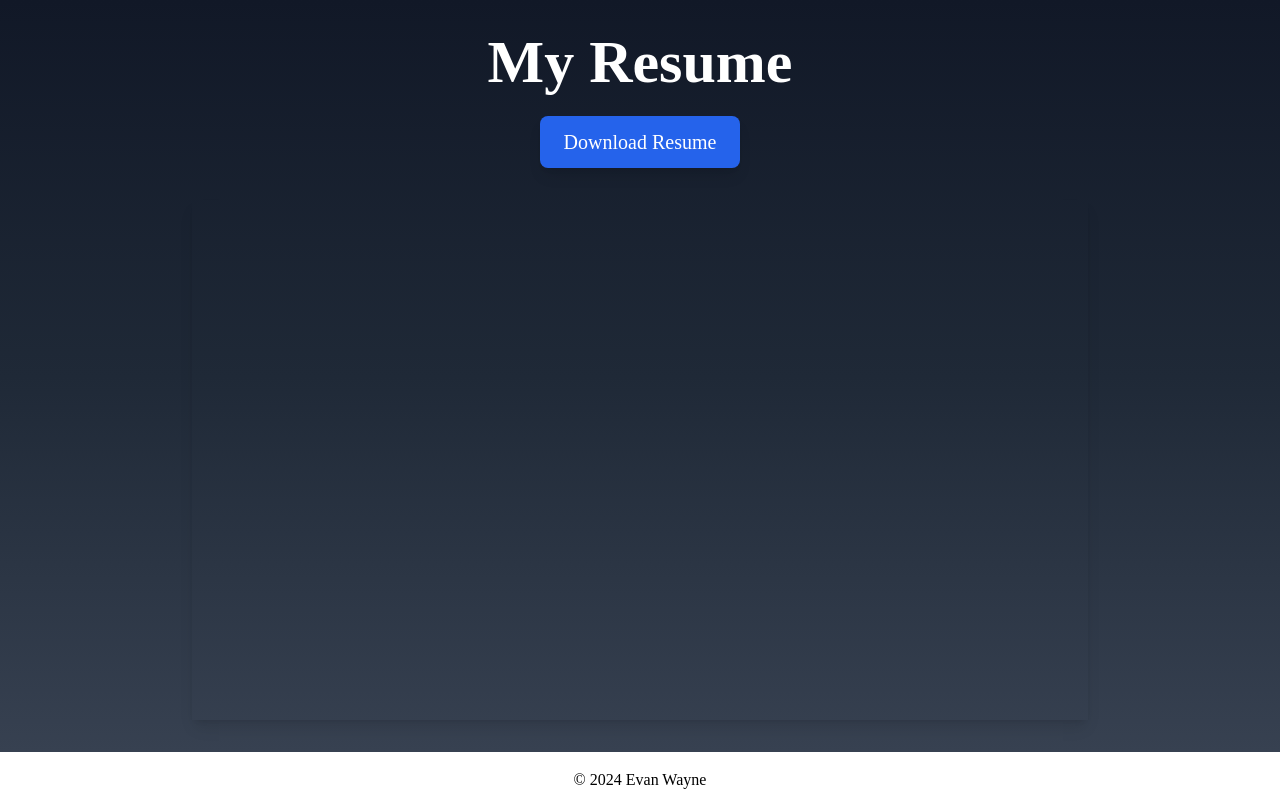
Repository: evnwyn/Evan-Wayne-s-Portfolio
Page: /resume
The author's editor kept a copy of each file at every save. The page is drawn from the files as they stood at one save, then again after the next save.
The browser window is 1280 px wide. The pictures show the whole page.
The project was rebuilt for these pictures with package versions that can differ from the ones it lists, and the page was loaded fresh each time. The framework's server and built-in components were replaced by stand-ins that run in the browser. Also part of the build but not shown: next.config.js.

Above is the page before, as saved 2024-10-09 20:16:31.

### src/app/layout.tsx
// src/app/layout.tsx

import '~/styles/globals.css'; // Keep your global styles import
import { type Metadata } from 'next';
import { ReactNode } from 'react';

// Make sure this line is removed
// import NavBar from './NavBar';

export const metadata: Metadata = {
  title: 'Evan Wayne | Portfolio',
  description: 'This is my personal portfolio website',
  icons: [{ rel: 'icon', url: '/favicon.ico' }],
};

export default function RootLayout({ children }: { children: ReactNode }) {
  return (
    <html lang="en">
      <body className="min-h-screen flex flex-col">
        {/* Remove any reference to NavBar here */}
        <main className="flex-grow">{children}</main>
        <footer className="p-4 text-center">
          © {new Date().getFullYear()} Evan Wayne
        </footer>
      </body>
    </html>
  );
}

### src/app/resume/page.tsx
// app/resume/page.tsx

import React from 'react';

export default function Resume() {
  return (
    <div className="min-h-screen flex flex-col items-center justify-center p-8 bg-gradient-to-b from-gray-900 via-gray-800 to-gray-700">
      <h1 className="text-6xl font-bold text-white mb-6 transition-all duration-500 hover:text-gray-300">
        My Resume
      </h1>
      <a
        href="/Evan Wayne's Resume 09:10:2024.pdf" // Ensure this points to the correct resume file in the public folder
        download
        className="bg-blue-600 text-white text-xl px-6 py-3 rounded-lg shadow-lg transform hover:bg-blue-700 hover:scale-110 transition-transform duration-500 ease-out hover:shadow-xl"
      >
        Download Resume
      </a>
      <iframe
        src="/Evan Wayne's Resume 09:10:2024.pdf" // Embedding the resume for inline viewing
        className="mt-8 w-full max-w-4xl h-full border-0 shadow-lg"
        style={{ height: 'calc(100vh - 200px)' }} // Adjust height to fit full viewport minus some space for header and download button
        title="Resume PDF"
      />
    </div>
  );
}

Loaded but not shown: src/styles/globals.css (common file); tailwind.config.ts (common file)

After the next save:
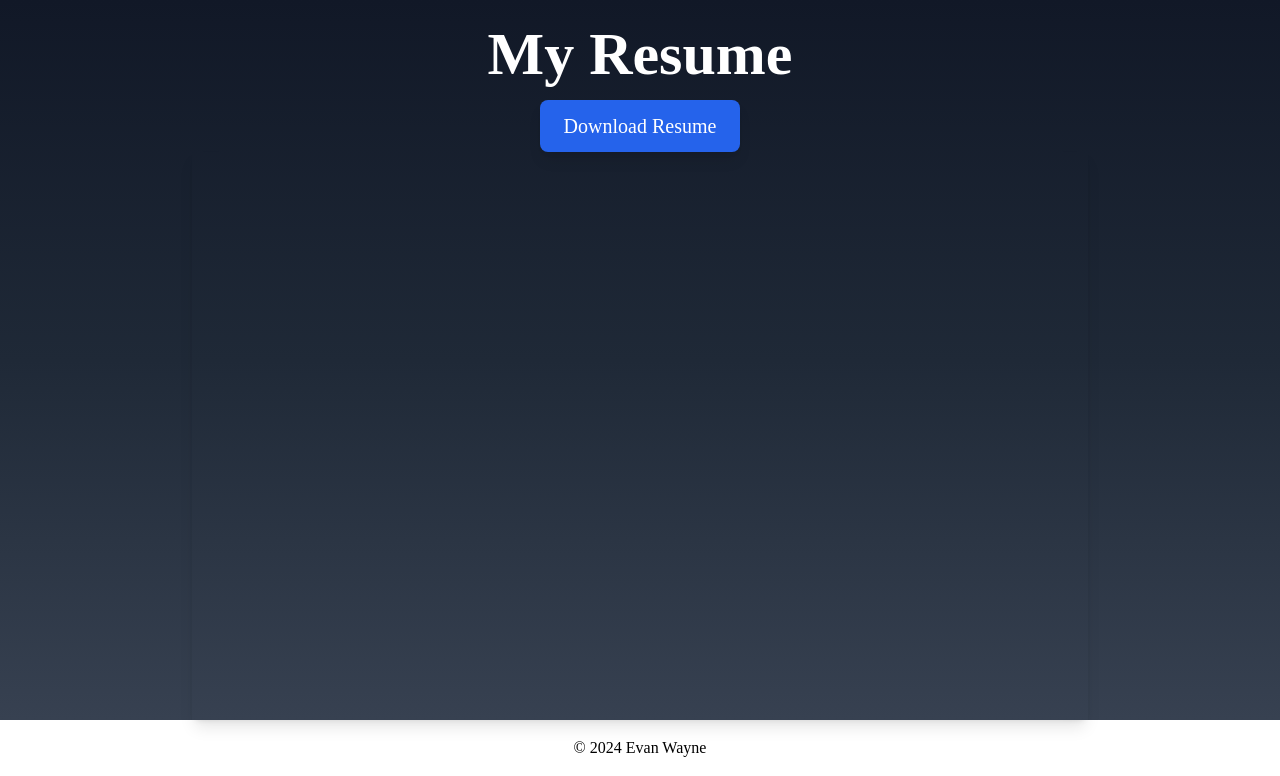
Saved 25 s later.
--- a/src/app/resume/page.tsx
+++ b/src/app/resume/page.tsx
@@ -4,21 +4,21 @@
 
 export default function Resume() {
   return (
-    <div className="min-h-screen flex flex-col items-center justify-center p-8 bg-gradient-to-b from-gray-900 via-gray-800 to-gray-700">
-      <h1 className="text-6xl font-bold text-white mb-6 transition-all duration-500 hover:text-gray-300">
+    <div className="min-h-screen flex flex-col justify-between items-center bg-gradient-to-b from-gray-900 via-gray-800 to-gray-700">
+      <h1 className="text-6xl font-bold text-white mt-6 transition-all duration-500 hover:text-gray-300">
         My Resume
       </h1>
       <a
         href="/Evan Wayne's Resume 09:10:2024.pdf" // Ensure this points to the correct resume file in the public folder
         download
-        className="bg-blue-600 text-white text-xl px-6 py-3 rounded-lg shadow-lg transform hover:bg-blue-700 hover:scale-110 transition-transform duration-500 ease-out hover:shadow-xl"
+        className="bg-blue-600 text-white text-xl px-6 py-3 rounded-lg shadow-lg transform hover:bg-blue-700 hover:scale-110 transition-transform duration-500 ease-out hover:shadow-xl mt-4"
       >
         Download Resume
       </a>
       <iframe
         src="/Evan Wayne's Resume 09:10:2024.pdf" // Embedding the resume for inline viewing
-        className="mt-8 w-full max-w-4xl h-full border-0 shadow-lg"
-        style={{ height: 'calc(100vh - 200px)' }} // Adjust height to fit full viewport minus some space for header and download button
+        className="w-full max-w-4xl border-0 shadow-lg flex-grow"
+        style={{ height: 'calc(100vh - 200px)' }} // Adjust height for full viewport minus header and button
         title="Resume PDF"
       />
     </div>

After the save that followed:
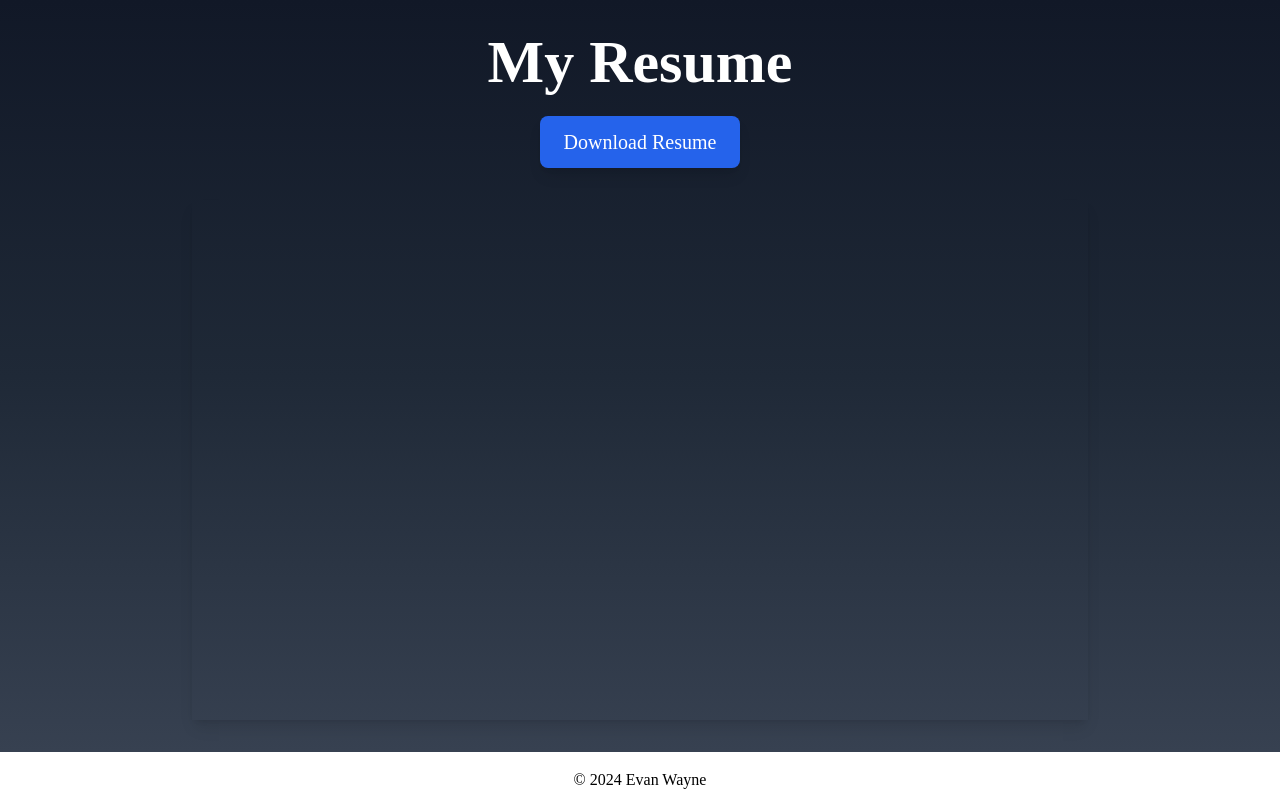
Saved 8 s later.
--- a/src/app/resume/page.tsx
+++ b/src/app/resume/page.tsx
@@ -4,21 +4,21 @@
 
 export default function Resume() {
   return (
-    <div className="min-h-screen flex flex-col justify-between items-center bg-gradient-to-b from-gray-900 via-gray-800 to-gray-700">
-      <h1 className="text-6xl font-bold text-white mt-6 transition-all duration-500 hover:text-gray-300">
+    <div className="min-h-screen flex flex-col items-center justify-center p-8 bg-gradient-to-b from-gray-900 via-gray-800 to-gray-700">
+      <h1 className="text-6xl font-bold text-white mb-6 transition-all duration-500 hover:text-gray-300">
         My Resume
       </h1>
       <a
         href="/Evan Wayne's Resume 09:10:2024.pdf" // Ensure this points to the correct resume file in the public folder
         download
-        className="bg-blue-600 text-white text-xl px-6 py-3 rounded-lg shadow-lg transform hover:bg-blue-700 hover:scale-110 transition-transform duration-500 ease-out hover:shadow-xl mt-4"
+        className="bg-blue-600 text-white text-xl px-6 py-3 rounded-lg shadow-lg transform hover:bg-blue-700 hover:scale-110 transition-transform duration-500 ease-out hover:shadow-xl"
       >
         Download Resume
       </a>
       <iframe
         src="/Evan Wayne's Resume 09:10:2024.pdf" // Embedding the resume for inline viewing
-        className="w-full max-w-4xl border-0 shadow-lg flex-grow"
-        style={{ height: 'calc(100vh - 200px)' }} // Adjust height for full viewport minus header and button
+        className="mt-8 w-full max-w-4xl h-full border-0 shadow-lg"
+        style={{ height: 'calc(100vh - 200px)' }} // Adjust height to fit full viewport minus some space for header and download button
         title="Resume PDF"
       />
     </div>
